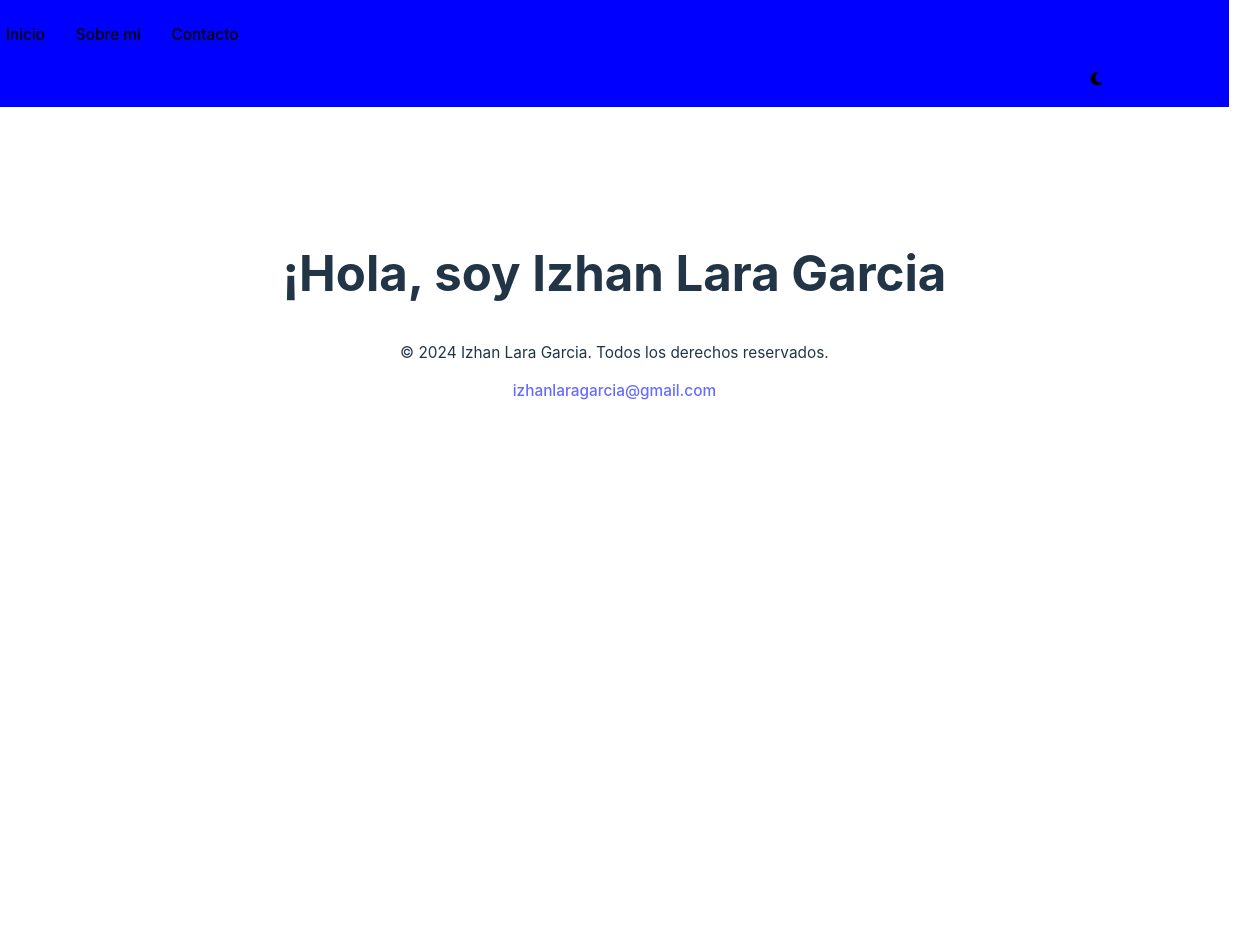
Repository: izhanlaraagarcia/izhanlaraagarcia.github.io
Page: / (app in vite-project/)
An editor plug-in stored every save of this project. The page is shown before and after the next save, followed by the edit.
The browser window is 1280 px wide. The page is 1280 px wide, then 1288 px, so the pictures cover 1288 px, including what lies to the right of the window. The pictures show the whole page, at 96% of full size.
The project was rebuilt for these pictures with package versions that can differ from the ones it lists, and the page was loaded fresh each time. Also part of the build but not shown: vite-project/vite.config.js, vite-project/src/Home/Styles/estilos.css, vite-project/src/Componentes-Generales/styles/banner.css, vite-project/src/pages/About/about.jsx, vite-project/src/pages/Contact/contact.jsx.

Above is the page before, as saved 2024-07-10 14:03:54.

### vite-project/index.html
<!doctype html>
<html lang="en">
  <head>
    <meta charset="UTF-8" />
    <meta name="viewport" content="width=device-width, initial-scale=1.0" />
    <title>Izhan Lara Garcia</title>
  </head>
  <body>
    <div id="root"></div>
    <script type="module" src="/src/main.jsx"></script>
  </body>
</html>

### vite-project/src/App.jsx
import React from 'react';
import { BrowserRouter as Router, Route, Routes } from 'react-router-dom';
import Menu from './Componentes-Generales/menu.jsx';
import Inicio from './Home/Inicio.jsx';
import About from './pages/About/about.jsx';
import Contact from './pages/Contact/contact.jsx';

class App extends React.Component {
  render() {
    return (
      <Router>
        <Menu />
        <Routes>
          <Route path="/" element={<Inicio />} />
          <Route path="/sobre-mi" element={<About />} />
          <Route path="/contacto" element={<Contact />} />
        </Routes>
      </Router>
    );
  }
}

export default App;

### vite-project/src/index.css
:root {
  font-family: Inter, system-ui, Avenir, Helvetica, Arial, sans-serif;
  line-height: 1.5;
  font-weight: 400;

  color-scheme: light dark;
  color: rgba(255, 255, 255, 0.87);
  background-color: #242424;

  font-synthesis: none;
  text-rendering: optimizeLegibility;
  -webkit-font-smoothing: antialiased;
  -moz-osx-font-smoothing: grayscale;
}

a {
  font-weight: 500;
  color: #646cff;
  text-decoration: inherit;
}
a:hover {
  color: #535bf2;
}

body {
  right: 0;
  margin: 0%;

  width: 100%;
  margin-top: 20%;
  text-align: center;
  min-width: 320px;
  min-height: 100vh;
}

h1 {
  font-size: 3.2em;
  line-height: 1.1;
}

button {
  border-radius: 8px;
  border: 1px solid transparent;
  padding: 0.6em 1.2em;
  font-size: 1em;
  font-weight: 500;
  font-family: inherit;
  background-color: #1a1a1a;
  cursor: pointer;
  transition: border-color 0.25s;
}
button:hover {
  border-color: #646cff;
}
button:focus,
button:focus-visible {
  outline: 4px auto -webkit-focus-ring-color;
}

@media (prefers-color-scheme: light) {
  :root {
    color: #213547;
    background-color: #ffffff;
  }
  a:hover {
    color: #747bff;
  }
  button {
    background-color: #f9f9f9;
  }
}

### vite-project/src/Componentes-Generales/menu.jsx
import React from "react";
import { Link } from "react-router-dom";
import "./styles/menu.css";

import TemaComponent from "./thema";

class Menu extends React.Component {
  render() {
    return (
      <header>
        <nav>
          <ul>
            <li>
              <Link to="/">Inicio</Link>
            </li>
            <li>
              <Link to="/sobre-mi">Sobre mi</Link>
            </li>
            <li>
              <Link to="/contacto">Contacto</Link>
            </li>
            <li>
              <TemaComponent/>
            </li>
          </ul>
        </nav>
      </header>
    );
  }
}

export default Menu;

### vite-project/src/Home/Inicio.jsx
import React from "react";
import "./Styles/estilos.css";

import Banner from '../Componentes-Generales/banner'
import Footer from '../Componentes-Generales/footer'


class Inicio extends React.Component {
  render() {
    return (
      // Pequeña presentacion para el inicio
      <>
        <Banner /><Footer /></>
    );
  }
}

export default Inicio;

### vite-project/src/Componentes-Generales/styles/menu.css
nav {
    top: 0;
    right: 0;
    margin: 0%;
    padding: 10px;
    position: fixed;
    width: 100%;

    background-color: blue;
}

nav ul {
    list-style-type: none;
    padding: 0;
    margin: 0;
}

nav a {
    float: left;
    display: block;
    color: black;
    text-align: center;
    padding: 14px 16px;
}

nav ul li a:hover {
    background-color: aliceblue;
}

.blackbutton {
    background: unset;
    border: none;
    cursor: pointer;
}

### vite-project/src/Componentes-Generales/thema.jsx
import React, { useState } from 'react';
import { FontAwesomeIcon } from '@fortawesome/react-fontawesome';
import { faSun, faMoon } from '@fortawesome/free-solid-svg-icons';

const TemaComponent = () => {
  const [dark, setDark] = useState(false);

  const handleClick = () => {
    if (dark) {
      document.body.style.backgroundColor = "white";
      setDark(false);
    } else {
      document.body.style.backgroundColor = "darkgrey";
      setDark(true);
    }
  };

  return (
    <button
      id="tema"
      style={{ cursor: 'pointer', background: 'none', border: 'none', outline: 'none' , marginLeft: '80%'}}
      onClick={handleClick}
      aria-label={dark ? 'Cambiar al modo claro' : 'Cambiar al modo oscuro'}
    >
      <FontAwesomeIcon icon={dark ? faSun : faMoon} style={{ color: dark ? 'black' : 'inherit' }} />
    </button>
  );
};

export default TemaComponent;

### vite-project/src/Componentes-Generales/banner.jsx
import React from "react";
import "./styles/banner.css";

class Banner extends React.Component {
  render() {
    return (
      <div>
        <section id="welcome">
          <h1>¡Hola, soy Izhan Lara Garcia</h1>
        </section>
      </div>
    );
  }
}

export default Banner;

### vite-project/src/Componentes-Generales/footer.jsx
import React from "react";
import './styles/footer.css'


class Footer extends React.Component{
    render(){
        return (
            <footer id="footer">
            <p>© 2024 Izhan Lara Garcia. Todos los derechos reservados.</p>
            <a href="mailto:izhanlaragarcia@gmail.com">izhanlaragarcia@gmail.com</a>
          </footer>
        )
    }
}

export default Footer;

### vite-project/src/Componentes-Generales/styles/footer.css
footer{
    position: relative;
    text-decoration: none;
}

footer a:hover{
    text-decoration: underline;
}

Loaded but not shown: vite-project/src/main.jsx (common file)

After the next save:
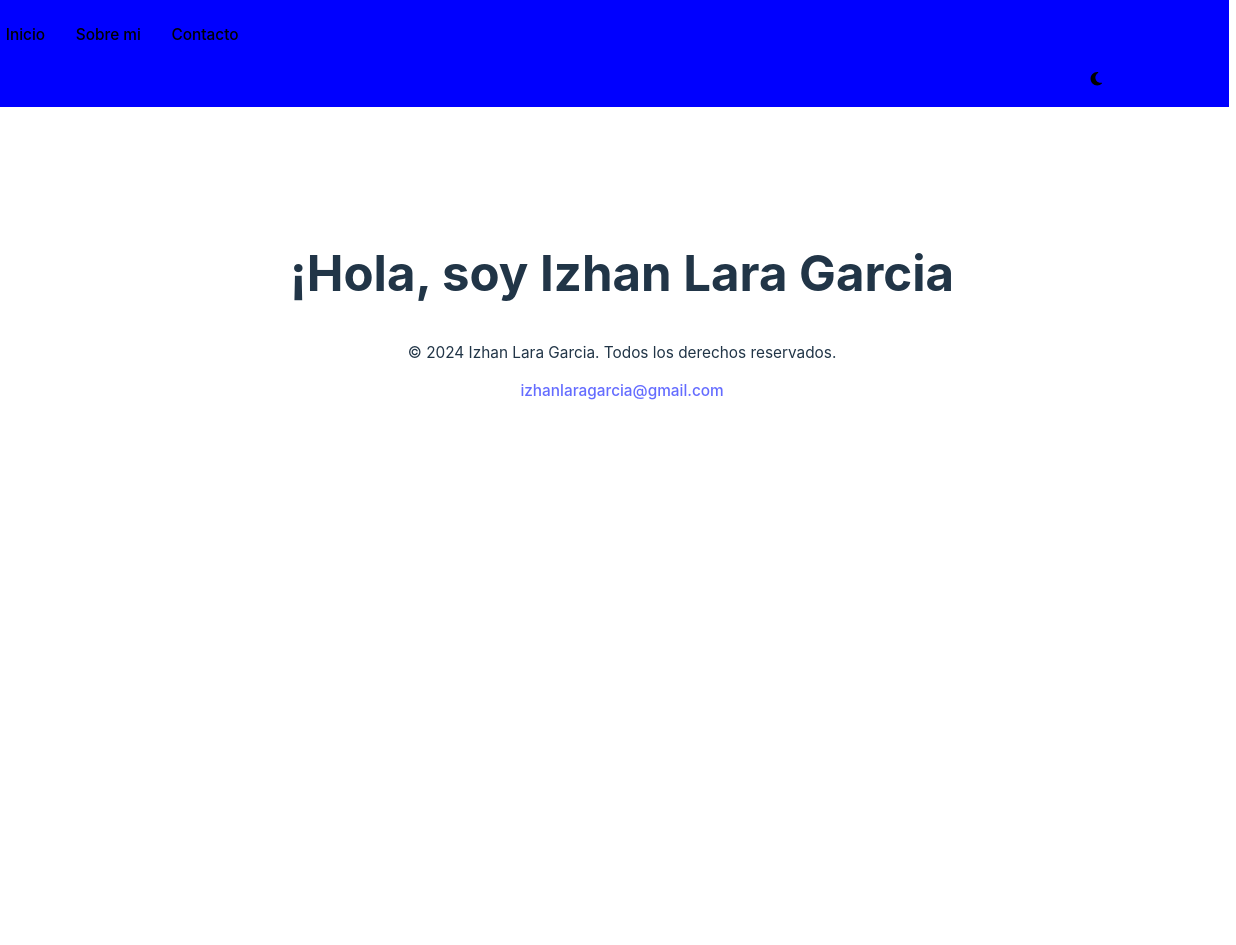
Saved 4 s later.
--- a/vite-project/src/index.css
+++ b/vite-project/src/index.css
@@ -24,7 +24,6 @@ a:hover {
 
 body {
   right: 0;
-  margin: 0%;
 
   width: 100%;
   margin-top: 20%;
